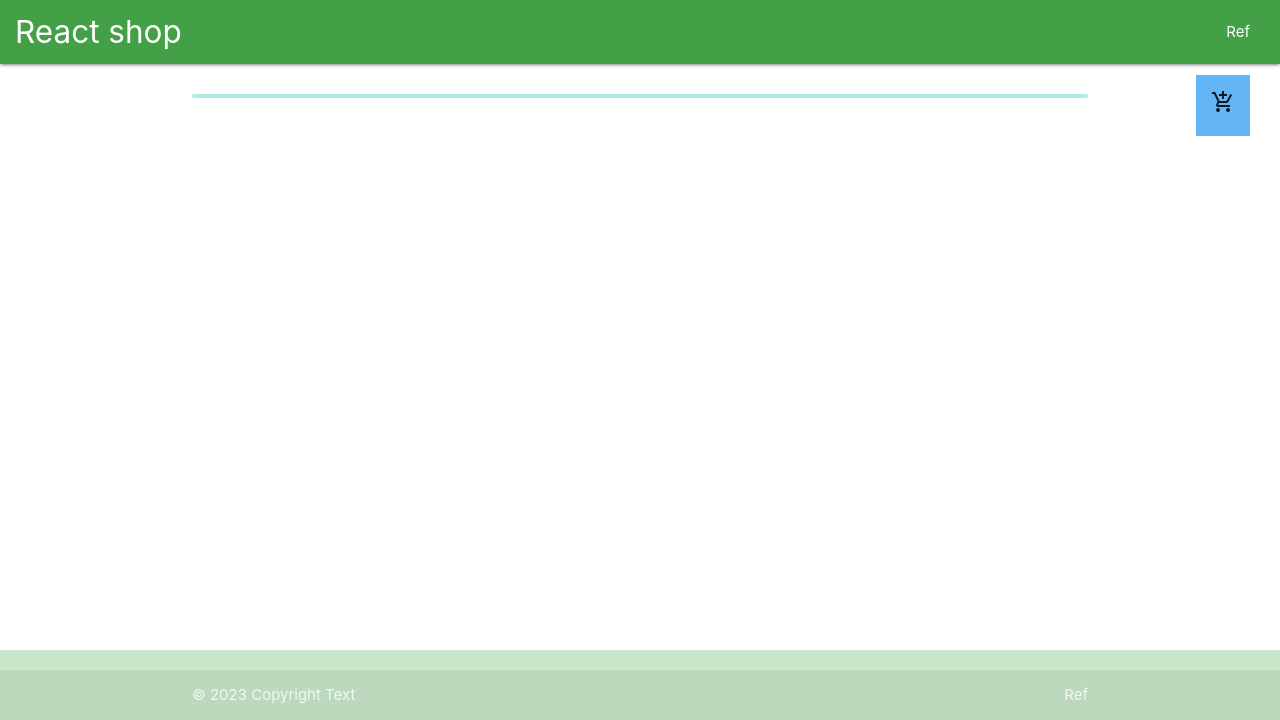
Repository: qui-qui-qui/online-shop
Page: /
These files come from the project's save history. The page is drawn as it stood at one moment and after the next save; the edit follows.
The browser window is 1280 px wide. The pictures show the whole page.
The page's requests for data from a server got no answer. The project was rebuilt for these pictures with package versions that can differ from the ones it lists, and the page was loaded fresh each time. No one was signed in, and anything a server would have sent is missing. Also part of the build but not shown: src/components/GoodsItem.jsx, src/components/GoodsList.jsx, src/components/BasketItem.jsx, src/components/BasketList.jsx.

Above is the page before, as saved 2023-01-07 18:23:36.

### public/index.html
<!DOCTYPE html>
<html lang="en">
  <head>
    <meta charset="utf-8" />
    <link rel="icon" href="%PUBLIC_URL%/favicon.ico" />
    <meta name="viewport" content="width=device-width, initial-scale=1" />
    <meta name="theme-color" content="#000000" />
    <meta
      name="pet-project"
      content="react shop"
    />
    <link rel="apple-touch-icon" href="%PUBLIC_URL%/logo192.png" />
    <link rel="manifest" href="%PUBLIC_URL%/manifest.json" />
    <title>React Shop</title>
    <link rel="stylesheet" href="https://cdnjs.cloudflare.com/ajax/libs/materialize/1.0.0/css/materialize.min.css">
    <link href="https://fonts.googleapis.com/icon?family=Material+Icons" rel="stylesheet">
  </head>
  <body>
    <noscript>You need to enable JavaScript to run this app.</noscript>
    <div id="root"></div>
  </body>
</html>

### src/index.css
body {
  margin: 0;
  font-family: -apple-system, BlinkMacSystemFont, 'Segoe UI', 'Roboto', 'Oxygen',
    'Ubuntu', 'Cantarell', 'Fira Sans', 'Droid Sans', 'Helvetica Neue',
    sans-serif;
  -webkit-font-smoothing: antialiased;
  -moz-osx-font-smoothing: grayscale;
}


nav {
  padding: 0 1rem;
}

.content {
  min-height: calc(100vh - 70px - 64px);
  padding: 1.5rem 0;
}

.goods {
  display: grid;
  grid-template-columns: repeat(auto-fill, minmax(250px, 1fr));
  gap: 1rem
}

.card {
  display: flex;
  flex-direction: column;
}

.card-content {
  flex-grow: 1;
}

.cart {
  position: fixed;
  bottom: 2rem;
  right: 2rem;

  cursor: pointer;
  z-index: 5;
  padding: 1rem;
}
@media (min-width: 767px) {
  .cart {
    top: 5rem;
    bottom: unset;
  }
}

.basket-list {
  position: fixed;
  top: 50%;
  left: 50%;
  transform: translate(-50%, -50%);

  background-color: #fff;
  width: 50rem;
  max-width: 95%;

  box-shadow: inset;
  animation: show 500ms ease-in-out;
}

.basket-close {
  cursor: pointer;
  position: absolute;
  top: 0.5rem;
  right: 0.5rem;
  color: white;
}

.basket-delete {
  cursor: pointer;
}

@keyframes show {
  from {
    top: 70%;
    opacity: 0;
  }
  to {
    top: 50%;
    opacity: 1;
  }
}

### src/App.js
import { Header } from "./components/Header";
import { Footer } from "./components/Footer";
import { Shop } from "./components/Shop";

function App() {
  return (
    <>
      <Header />
      <Shop />
      <Footer />
    </>
  );
}

export default App;

### src/components/Header.jsx
function Header() {
    return <nav className="green darken-1">
      <div className="nav-wrapper">
        <a href="!#" className="brand-logo left">React shop</a>
        <ul id="nav-mobile" className="right">
          <li><a href="!#">Ref</a></li>
        </ul>
      </div>
  </nav>
}

export {Header}

### src/components/Footer.jsx
function Footer() {
    return <footer className="page-footer green lighten-4">
    <div className="footer-copyright">
      <div className="container">
      © {new Date().getFullYear()} Copyright Text
      <a className="grey-text text-lighten-4 right" href="#!">Ref</a>
      </div>
    </div>
  </footer>
}

export {Footer}

### src/components/Shop.jsx
import { useState, useEffect } from "react";
import { API_KEY, API_URL } from "../config";
import { Preloader } from "./Preloader";
import { GoodsList } from "./GoodsList";
import { Cart } from "./Cart";
import { BasketList } from "./BasketList";

function Shop() {
  const [goods, setGoods] = useState([]);
  const [loading, setLoading] = useState(true);
  const [order, setOrder] = useState([]);
  const [isBasketShow, setBasketShow] = useState(false);

  const addToBasket = (item) => {
    const itemIndex = order.findIndex((orderItem) => orderItem.id === item.id);

    if (itemIndex < 0) {
      const newItem = {
        ...item,
        quantity: 1,
      };
      setOrder([...order, newItem]);
    } else {
      const newOrder = order.map((orderItem, index) => {
        if (index === itemIndex) {
          return {
            ...orderItem,
            quantity: orderItem.quantity + 1,
          };
        } else {
          return orderItem;
        }
      });

      setOrder(newOrder);
    }
  };

  const removeFromBasket = (itemId) => {
    const newOrder = order.filter((el) => el.id !== itemId);
    setOrder(newOrder);
  };

  const incQuantity = (itemId) => {
    const newOrder = order.map((el) => {
      if (el.id === itemId) {
        const newQuantity = el.quantity + 1;
        return {
          ...el,
          quantity: newQuantity,
        };
      } else {
        return el;
      }
    });
    setOrder(newOrder);
  };

  const decQuantity = (itemId) => {
    const newOrder = order.map((el) => {
      if (el.id === itemId) {
        const newQuantity = el.quantity - 1;
        return {
          ...el,
          quantity: newQuantity >= 0 ? newQuantity : 0,
        };
      } else {
        return el;
      }
    });
    setOrder(newOrder);
  };

  const handleBasketShow = () => {
    setBasketShow(!isBasketShow);
  };

  useEffect(function getGoods() {
    fetch(API_URL, {
      headers: {
        Authorization: API_KEY,
      },
    })
      .then((response) => response.json())
      .then((data) => {
        data.featured && setGoods(data.featured);
        setLoading(false);
      });
  }, []);

  return (
    <main className="container content">
      <Cart quantity={order.length} handleBasketShow={handleBasketShow} />
      {loading ? (
        <Preloader />
      ) : (
        <GoodsList goods={goods} addToBasket={addToBasket} />
      )}
      {isBasketShow && (
        <BasketList
          order={order}
          handleBasketShow={handleBasketShow}
          removeFromBasket={removeFromBasket}
          incQuantity={incQuantity}
          decQuantity={decQuantity}
        />
      )}
    </main>
  );
}

export { Shop };

### src/config.js
const API_KEY = '6c6ecc31-c6e59085-63220236-a525db2c';

const API_URL = 'https://fortniteapi.io/v1/shop?lang=ru';

export {
    API_KEY,
    API_URL
};

### src/components/Preloader.jsx
function Preloader() {
  return (
    <div className="progress">
      <div className="interminate"></div>
    </div>
  );
}

export { Preloader };

### src/components/Cart.jsx
function Cart(props) {
    const {quantity = 0, handleBasketShow = Function.prototype} = props;

    return (
        <div className="cart blue lighten-2" onClick={handleBasketShow}>
            <i className="material-icons">add_shopping_cart</i>
            {quantity ? (
                <span className="cart-quantity">{quantity}</span>
            ) : null}
        </div>
    )
}

export {Cart};

Loaded but not shown: src/index.js (common file)

After the next save:
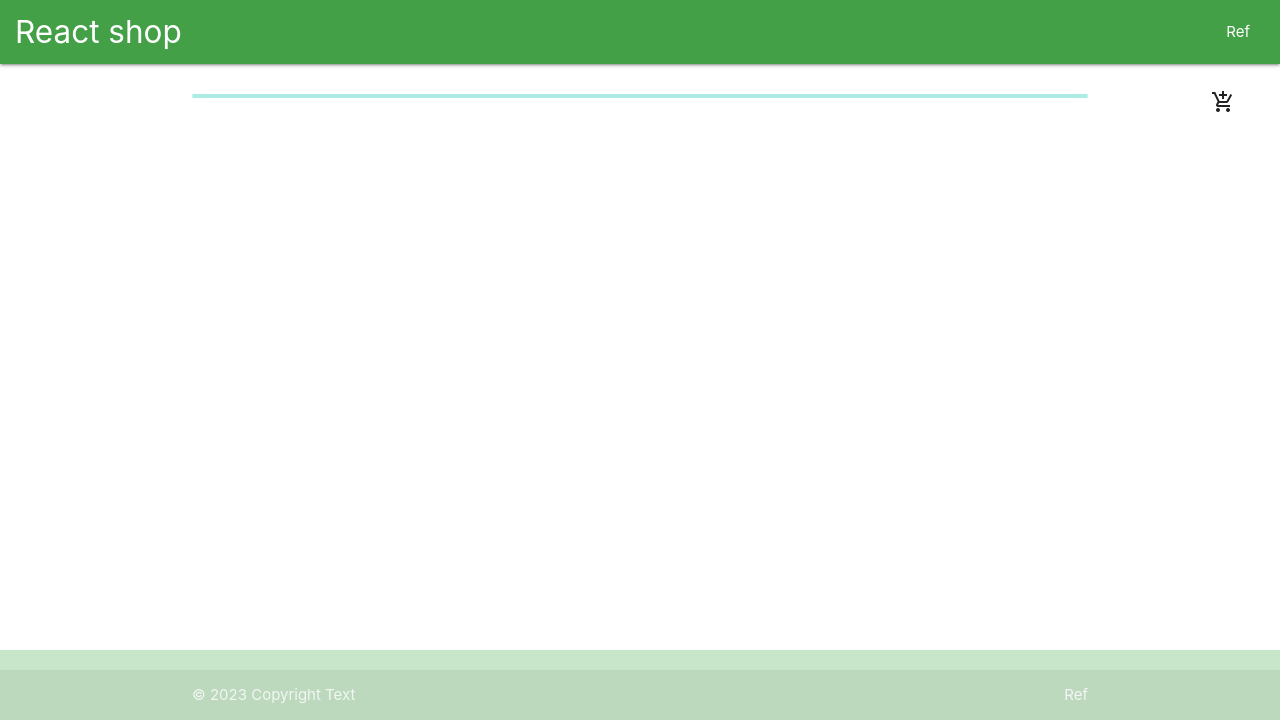
Saved 12 s later.
--- a/src/components/Cart.jsx
+++ b/src/components/Cart.jsx
@@ -2,7 +2,7 @@ function Cart(props) {
     const {quantity = 0, handleBasketShow = Function.prototype} = props;
 
     return (
-        <div className="cart blue lighten-2" onClick={handleBasketShow}>
+        <div className="cart deep-blue lighten-2" onClick={handleBasketShow}>
             <i className="material-icons">add_shopping_cart</i>
             {quantity ? (
                 <span className="cart-quantity">{quantity}</span>
